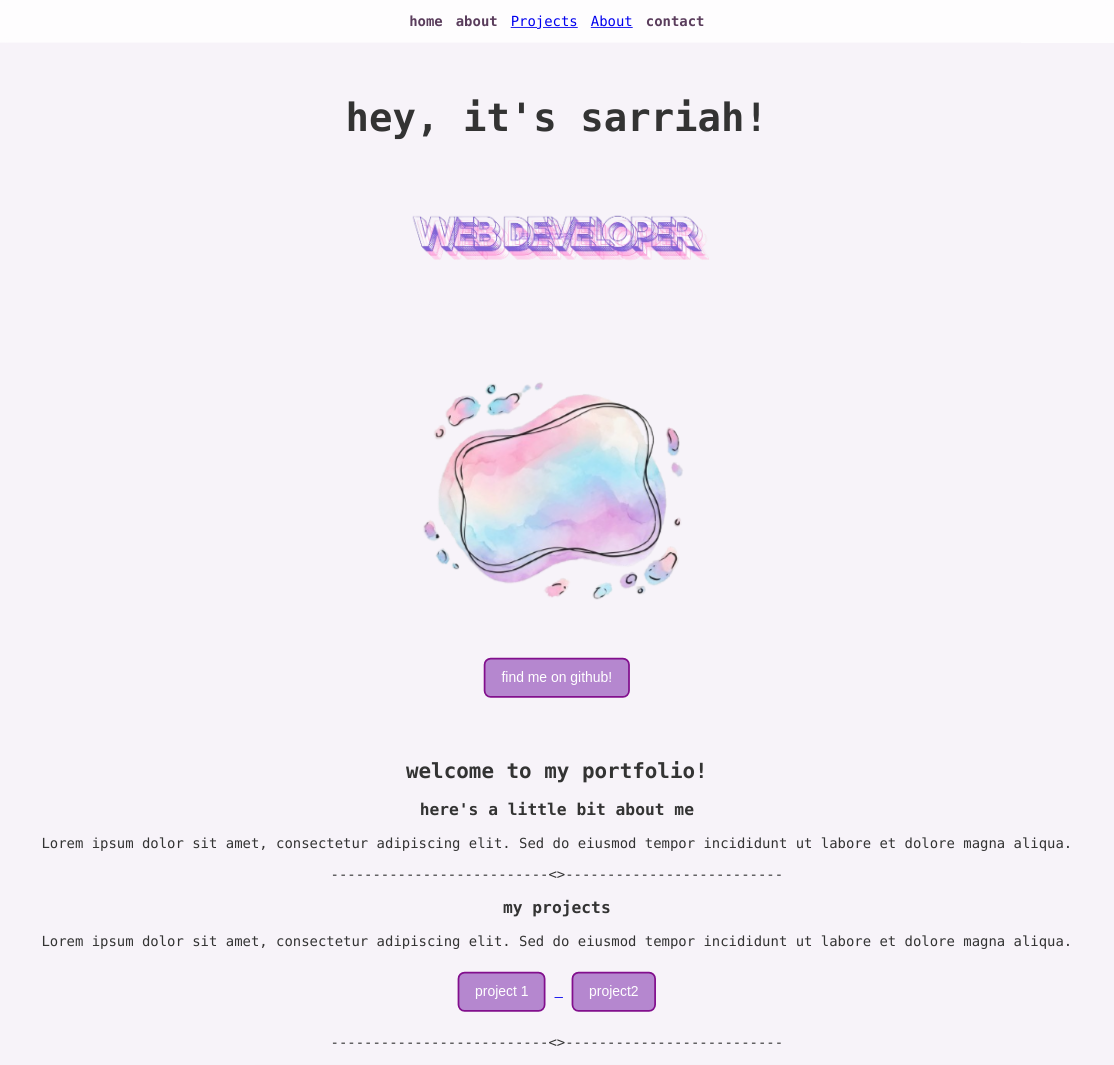
Repository: sarriah/sarriah
Page: homepage.html
The author's editor kept a copy of each file at every save. The page is drawn from the files as they stood at one save, then again after the next save.
The browser window is 1280 px wide. The pictures show the whole page, at 87% of full size.

Above is the page before, as saved 2026-05-15 19:16:26.

After the next save:
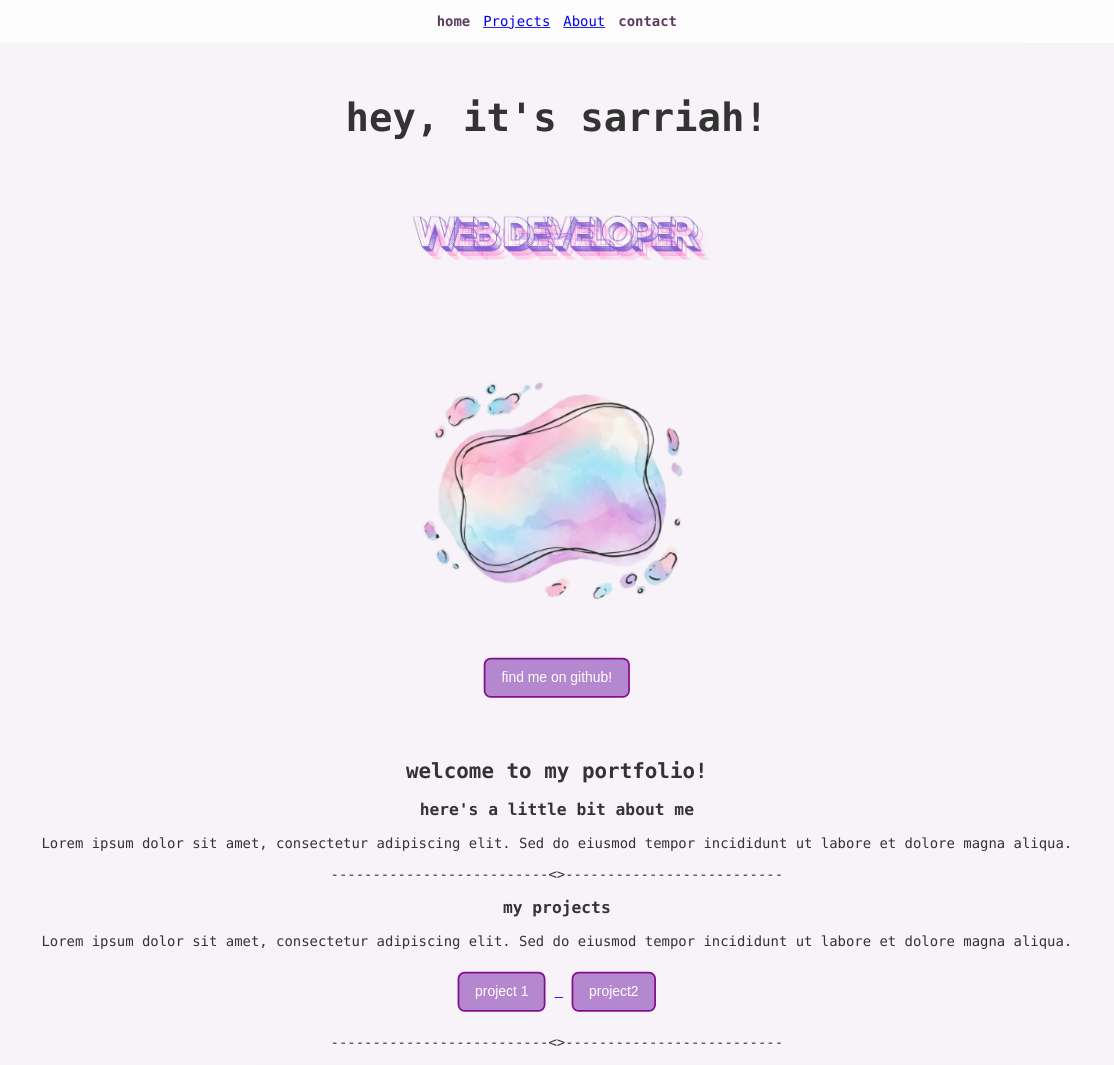
Saved 82 s later.
--- a/homepage.html
+++ b/homepage.html
@@ -15,7 +15,6 @@
     <nav>
         <!-- nav is good but fixing links later so they go to real sections instead of README PLUS fixing CSS-->
         <a class="navBar" href="homepage.html">home</a>
-        <a class="navBar" href="README.md">about</a>
         <a href="#projects">Projects</a>
         <a href="#about">About</a>
         <a class="navBar" href="README.md">contact</a>
